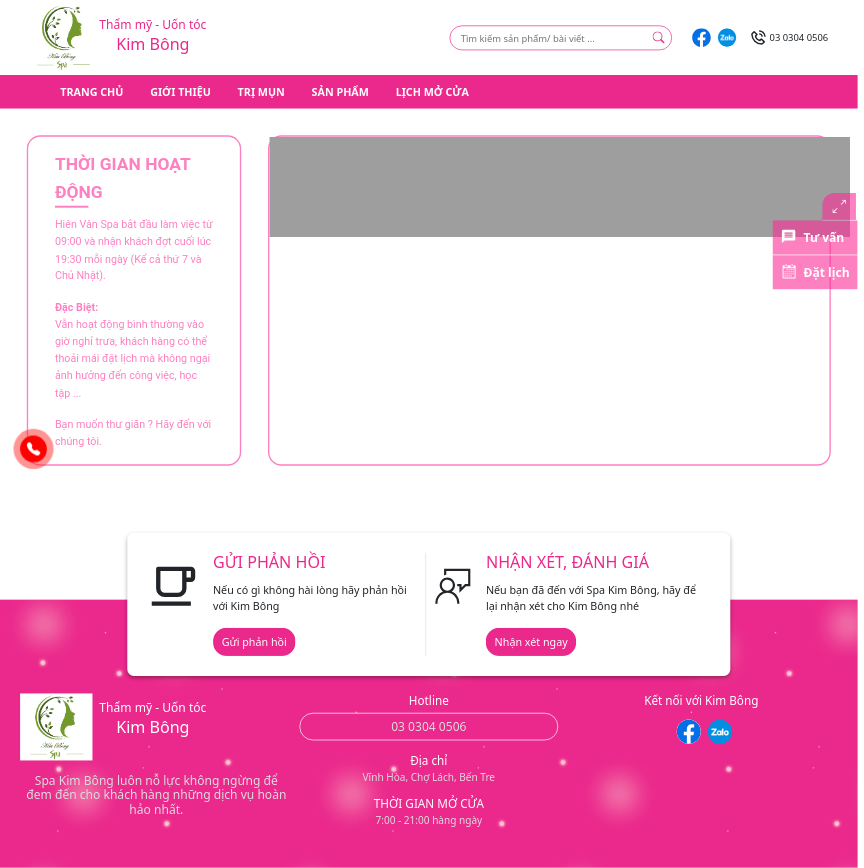
Repository: tranduykhuong/SpaKimBong
Page: /calendar
These files come from the project's save history. The page is drawn as it stood at one moment and after the next save; the edit follows.
The browser window is 1280 px wide. The page is 1280 px wide, then 1289 px, then 1280 px, so the pictures cover 1289 px, including what lies to the right of the window. The pictures show the whole page, at 67% of full size.
Pictures or frames that could not be fetched are drawn as grey boxes. The project was rebuilt for these pictures with package versions that can differ from the ones it lists, and the page was loaded fresh each time. Also part of the build but not shown: src/components/Banner/banner.scss, src/components/Banner/Banner.js, src/pages/Home/home.scss, src/pages/Home/ListImage/listImage.scss, src/pages/Home/ListImage/ListImage.js, src/pages/Home/BookOnline/bookOnl.scss, src/pages/Home/BookOnline/Modal/ModalBook/modalbook.scss, src/pages/Home/BookOnline/Modal/ModalBook/modalbook.js and 24 more.

Above is the page before, as saved 2022-06-06 23:57:12.

After the next save:
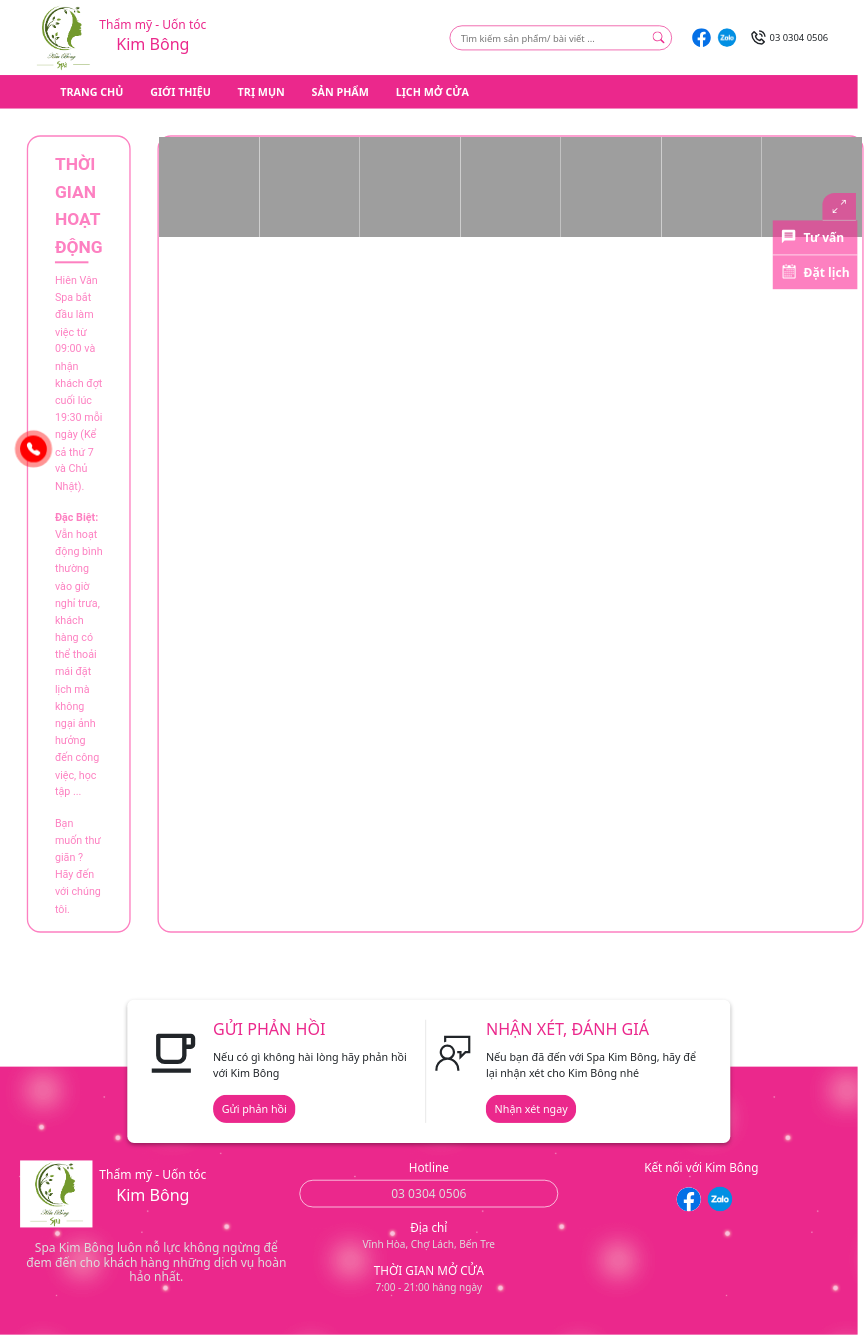
Saved 16 s later.
--- a/src/pages/Calendar/calendar.scss
+++ b/src/pages/Calendar/calendar.scss
@@ -50,7 +50,6 @@
       .calendar-boxs {
         display: flex;
         width: 100%;
-        width: 70%;
         border: solid 2px #fd80c1;
         border-radius: 20px;
         //padding: 2rem 4rem 0;

After the save that followed:
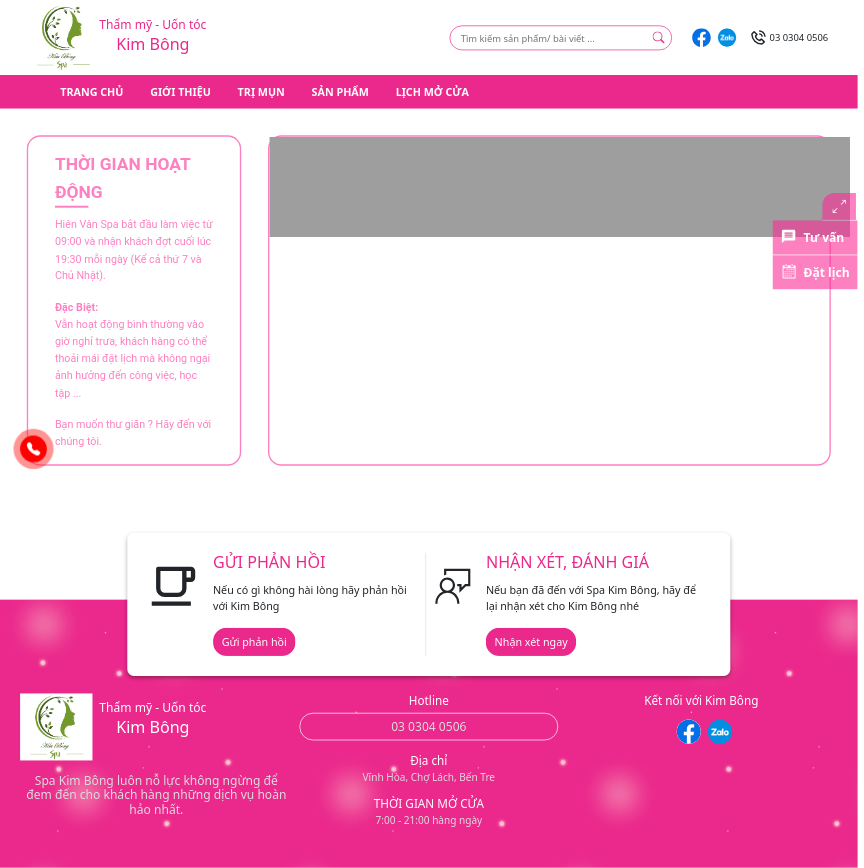
Saved 6 s later.
--- a/src/pages/Calendar/calendar.scss
+++ b/src/pages/Calendar/calendar.scss
@@ -50,6 +50,7 @@
       .calendar-boxs {
         display: flex;
         width: 100%;
+        width: 70%;
         border: solid 2px #fd80c1;
         border-radius: 20px;
         //padding: 2rem 4rem 0;
